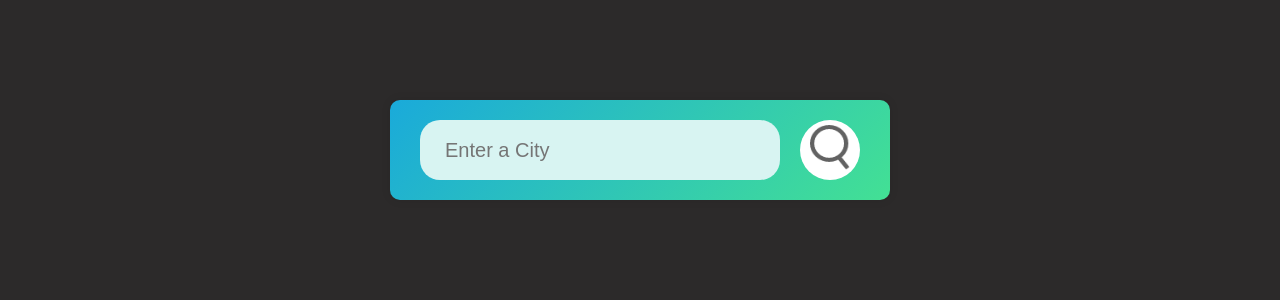
Repository: Haakim19/weatherApp
Page: index.html
An editor plug-in stored every save of this project. The page is shown before and after the next save, followed by the edit.
The browser window is 1280 px wide. The pictures show the whole page.

Above is the page before, as saved 2024-11-16 21:09:07.

### index.html
<!DOCTYPE html>
<html lang="en">
<head>
    <meta charset="UTF-8">
    <meta name="viewport" content="width=device-width, initial-scale=1.0">
    <title>Weather App</title>
    <link rel="stylesheet" href="style.css">
</head>
<body>
    <div class="card">
        <div class="search">
            <input type="text" placeholder="Enter a City" spellcheck="false">
            <button><img src="images/search.png"></button>
        </div>
    </div>
</body>
</html>

### style.css
*{
    margin: 0;
    padding: 0;
    box-sizing: border-box;
    font-family: 'Poppins', sans-serif;
}

body{
    background: #2c2a2a;
}
.card{
    width: 90%;
    max-width: 500px;
    color: #fff;
    background:linear-gradient(135deg, #1aaada 0%, #43e094 100%);
    margin: 100px auto 0 ;
    border-radius: 10px;
    padding: 20px 30px;
    text-align: center;
    box-shadow: 0 0 10px rgba(0,0,0,0.1);
}
.search{
    width: 100%;
    display: flex;
    justify-content: space-between;
    align-items: center;
}
.search input{
    border:0;
    outline:0;
    background: #d8f4f2;
    padding: 10px 25px;
    border-radius: 20px;
    flex: 1;
    margin-right: 20px;
    font-size: 20px;
    height: 60px;
}
.search button{
    border:0;
    outline:0;
    background: #fff;
    /* padding: 10px 20px; */
    border-radius: 50%;
    font-size: 20px;
    cursor: pointer;
    height: 60px;
    width: 60px;
}
.search button img{
    width: 40px;
    height: 45px;
}

After the next save:
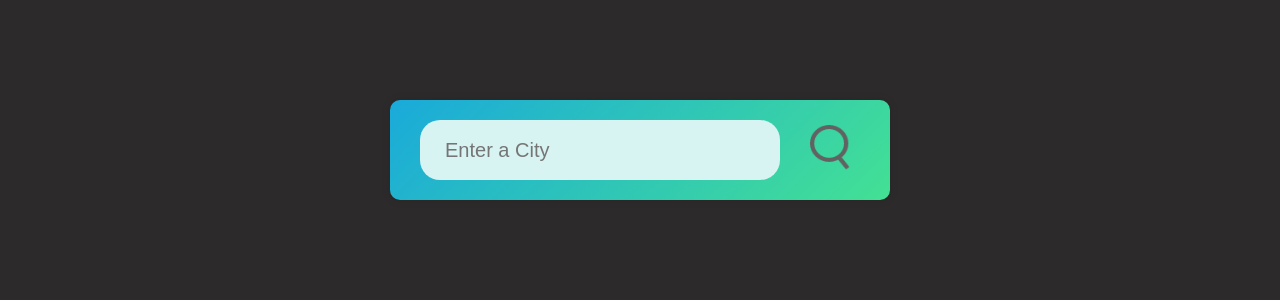
Saved 15 s later.
--- a/style.css
+++ b/style.css
@@ -39,7 +39,7 @@ body{
 .search button{
     border:0;
     outline:0;
-    background: #fff;
+    background:none;
     /* padding: 10px 20px; */
     border-radius: 50%;
     font-size: 20px;
